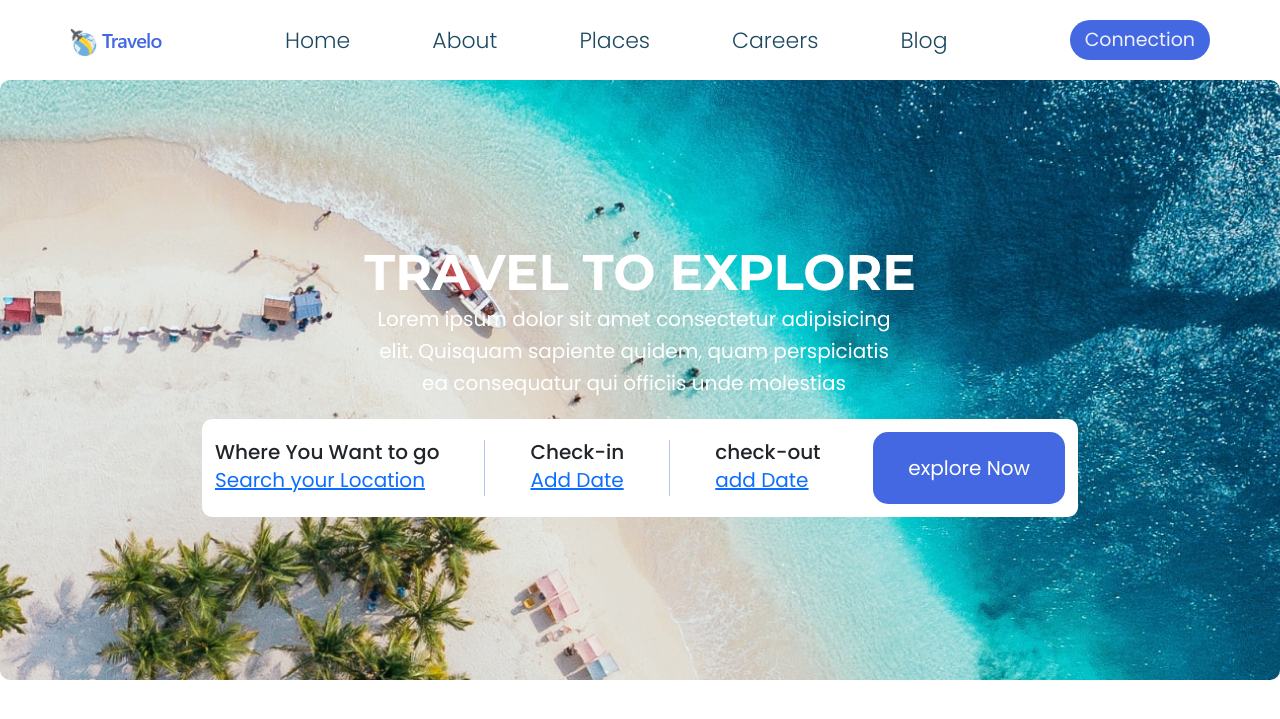
Repository: kuluong2000/travel
Page: index.html
These files come from the project's save history. The page is drawn as it stood at one moment and after the next save; the edit follows.
The browser window is 1280 px wide. The pictures show the whole page.
The style sheet was rebuilt from its Sass, Less or Tailwind sources for each picture, by a compiler version that may differ from the author's.

Above is the page before, as saved 2021-09-03 23:38:53.

### index.html
<!DOCTYPE html>
<html lang="en">
  <head>
    <meta charset="UTF-8" />
    <meta http-equiv="X-UA-Compatible" content="IE=edge" />
    <meta name="viewport" content="width=device-width, initial-scale=1.0" />
    <link rel="stylesheet" href="./libs/css/bootstrap.min.css" />
    <link rel="stylesheet" href="./libs/css/animate.css" />
    <link rel="stylesheet" href="./libs/css/slick-theme.css" />
    <link rel="stylesheet" href="./libs/css/slick.css" />
    <link rel="stylesheet" href="./assets/css/reset.css" />
    <link rel="stylesheet" href="./assets/css/style.css" />
    <link rel="stylesheet" href="./assets/css/responsive.css" />
    <title>Document</title>
  </head>
  <body>
    <header class="header">
      <div class="container">
        <div class="row">
          <div class="header__main">
            <div class="header__logo">
              <a href="/">
                <img src="./assets/image/logo.png" alt="" srcset="" />
              </a>
            </div>
            <div class="sub-menu">
              <div class="line1"></div>
              <div class="line2"></div>
              <div class="line3"></div>
            </div>
            <nav>
              <ul class="header__menu">
                <li class="header__menu__item">
                  <a class="header__mennu__item__link" href="/">Home</a>
                </li>
                <li class="header__menu__item">
                  <a class="header__mennu__item__link" href="/">About</a>
                </li>
                <li class="header__menu__item">
                  <a class="header__mennu__item__link" href="/">Places</a>
                </li>
                <li class="header__menu__item">
                  <a class="header__mennu__item__link" href="/">Careers</a>
                </li>
                <li class="header__menu__item">
                  <a class="header__mennu__item__link" href="/">Blog</a>
                </li>
              </ul>
            </nav>
            <a href="#" class="header__conn"> Connection </a>
          </div>
        </div>
      </div>
    </header>
    <main>
      <section class="banner">
        <div class="container">
          <div class="row">
            <div class="banner__main">
              <div class="banner__main__top">
                <h1 class="banner__main__title">Travel To explore</h1>
                <p class="banner__main__desc">
                  Lorem ipsum dolor sit amet consectetur adipisicing elit.
                  Quisquam sapiente quidem, quam perspiciatis ea consequatur qui
                  officiis unde molestias
                </p>
              </div>
              <div class="banner__main__bottom">
                <div class="banner__main_list">
                  <div class="banner__main__item">
                    <h4 class="banner__main__item__caption">
                      Where You Want to go
                    </h4>
                    <a href="/" class="banner__main__item__desc"
                      >Search your Location</a
                    >
                  </div>
                  <div class="banner__main__item">
                    <h4 class="banner__main__item__caption">Check-in</h4>
                    <a href="/" class="banner__main__item__desc">Add Date</a>
                  </div>
                  <div class="banner__main__item">
                    <h4 class="banner__main__item__caption">check-out</h4>
                    <a href="/" class="banner__main__item__desc">add Date</a>
                  </div>
                </div>
                <a href="/" class="banner__btn"> explore Now</a>
              </div>
            </div>
          </div>
        </div>
      </section>
    </main>

    <script src="./libs/Js/jquery-3.5.1.slim.min.js"></script>
    <script src="./libs/Js/bootstrap.min.js"></script>
    <script src="./libs/Js/slick.min.js"></script>
    <script src="./libs/Js/wow.js"></script>
    <script src="./assets/Js/main.js"></script>
  </body>
</html>

### assets/css/reset.css
html, body, div, span, applet, object, iframe,
h1, h2, h3, h4, h5, h6, p, blockquote, pre,
a, abbr, acronym, address, big, cite, code,
del, dfn, em, img, ins, kbd, q, s, samp,
small, strike, strong, sub, sup, tt, var,
b, u, i, center,
dl, dt, dd, ol, ul, li,
fieldset, form, label, legend,
table, caption, tbody, tfoot, thead, tr, th, td,
article, aside, canvas, details, embed,
figure, figcaption, footer, header, hgroup,
menu, nav, output, ruby, section, summary,
time, mark, audio, video {
	margin: 0;
	padding: 0;
	border: 0;
	font-size: 100%;
	vertical-align: baseline;
}
/* HTML5 display-role reset for older browsers */
article, aside, details, figcaption, figure,
footer, header, hgroup, menu, nav, section {
	display: block;
}
* {
	box-sizing: border-box;
}
body {
	line-height: 1;
  font-family: 'Muli', sans-serif;


  font-style: normal;
  font-weight: normal;
  font-size: 16px;
  line-height: 32px;
}
ol, ul {
	list-style: none;
}
blockquote, q {
	quotes: none;
}
blockquote:before, blockquote:after,
q:before, q:after {
	content: '';
	content: none;
}
table {
	border-collapse: collapse;
	border-spacing: 0;
}

img {
  max-width: 100%;
	vertical-align: bottom;
}
a {
	outline: none;
}

### assets/css/responsive.css

@media (min-width:1920px){
    .container{
        max-width: 1804px;
    }
}
@media (min-width:1400px) and (max-width:1919px){

}
@media (min-width:1200px) and (max-width:1399px){

}
@media (min-width:992px) and (max-width:1199px){
    .header__menu__item:not(:first-child) {
        margin-left: 65px;
    }
}
@media (min-width:768px) and (max-width:991px){
    .header__menu__item:not(:first-child) {
        margin-left: 25px;
    }
    .header__conn {

        font-size: 16px;
        padding: 3px 10px;
    }
}
@media  (max-width:767px){
    .container{
        max-width: 100%;

        margin:0 ;
    }

    .header__main {
        padding: 10px;
    }
    .header__menu {
        position: absolute;
        flex-direction: column;
        background: #1C4961;
        width: 100%;
        height: 100vh;
        left: 0;
        top: 50px;
        transition: 0.5s ;
        transform: translateX(-100%);
        justify-content: unset;
    }
    .header__menu.active{
        transform: translateX(0);
    }
    .header__mennu__item__link {
        color: white;;
    }
    .sub-menu{
        display: block;
        left: 60%;
        top: 50%;
        transform: translate(-50%,-50%);
    }
    .header__menu__item:not(:first-child) {
        margin-left: 0;
    }
    .header__menu__item{
        margin-top: 30px;
    }
    .header__conn {
        font-size: 14px;
        padding: 3px 10px;
    }
}

### assets/Js/main.js
const sub_menu = document.querySelector('.sub-menu');
const menu = document.querySelector('.header__menu');
sub_menu.addEventListener('click', ()=>{
    sub_menu.classList.toggle('active');;
    menu.classList.toggle('active');
})

### assets/sass/style.scss
@import "global";
@import "variable";
@import "header";
@import "banner";

### assets/sass/_global.scss
@import url('https://fonts.googleapis.com/css2?family=Montserrat:wght@300;400;500;600;700;800;900&family=Poppins:wght@300;400;500;600;700;800;900&display=swap');
*{
    padding: 0;
    margin: 0;
    box-sizing: border-box;
}
body{
    font-family: 'Poppins', sans-serif;
    line-height: 1.6;
    font-size: 20px;

}

### assets/sass/_variable.scss
$color-white:#FFFFFF;
$color-dark-blue:#1C4961;

$color-blue:#4468E2;
$color-light-blue:#E1E8F8;
$color-black:#000000;
$color-text:#163235;
$color-gray:#848484

### assets/sass/_header.scss
.header{
    position: relative;
    &__main{
        display:flex;
        justify-content: space-between;
        align-items: center;
        padding:20px 0

    }
    &__logo{
        display: inline-block;

    }
    &__menu{
        display:flex;
        justify-content: space-between;
        align-items: center;

    }
    &__menu__item:not(:first-child){
        margin-left: 82px;
    }
    &__mennu__item__link{
        text-decoration: none;
        color: $color-dark-blue;
        font-size: 22px;
        position: relative;
        font-weight: 300;
        transition: 0.5s;
        &::after{
            content: '';
            position: absolute;
            width: 100%;
            height: 2px;
            background-color: $color-blue;
            left: 0;
            bottom: 0;
            transition: 0.5s;
            transform: scale(0);
        }
        &:hover{
            color: $color-dark-blue;
            font-weight: 400;
        }
        &:hover::after{
            transform: scale(1);
        }
    }
    &__conn{
        text-decoration: none;
        background-color: $color-blue;
        color:rgba($color-white, $alpha: 0.9) ;
        font-size: 19px;
        border-radius: 25px;
        padding:5px 15px;
        transition: 0.5s;

        &:hover{
             color:rgba($color-white, $alpha: 1) ;
            background-color: $color-dark-blue;
        }
    }
}
.sub-menu{
    position: absolute;
    display: none;
}
.sub-menu div {
    cursor: pointer;
    width: 25px;
    height: 3px;
    background-color: $color-dark-blue;
    margin: 5px;
    transition: transform 0.5s linear;
}
.active .line1{
    transform:  rotate(-45deg) translate(-5px,6px);
}
.active .line2{
    opacity: 0;
}
.active .line3{
    transform: rotate(45deg) translate(-5px, -6px);
}

### assets/sass/_banner.scss
.banner{
    background: url(../image/banner.jpg) no-repeat center /  cover;
    min-height: 600px;
    border-radius: 10px;
    position: relative;

  &__main{
      position:absolute;
      width:max-content;
      top: 50%;
      left: 50%;
      transform: translate(-50%,-50%);
}
  &__main__top{

    text-align: center;

}
  &__main__title{
    font-size: 50px;
    font-family: 'Montserrat',sans-serif;
    font-weight: bold;
    text-transform: uppercase;
    color: white;
}
  &__main__desc{
    color:$color-white;
    width: 540px;
    transform: translateX(30%);
    margin-bottom: 20px;
}
  &__main__bottom{
    background-color: white;
    display: flex;
    width: 876px;
    justify-content: space-between;
    align-items: center;
    padding: 13px;
    border-radius: 10px;

}
  &__main_list{
    display: flex;
    justify-content: space-between;
    align-items: center;

}
  &__main__item:not(:last-child){
      margin-right: 45px;
      padding-right: 45px;
      border-right: 1px solid #B4C6EE;

}
  &__main__item__caption{

}
  &__main__item__desc{

}
  &__btn{
    padding: 20px 35px;
    color: $color-white;
    background-color: $color-blue;
    border-radius: 15px;
    text-decoration: none;
    &:hover{
        color: $color-white;
    }
}

}

Loaded but not shown: libs/css/bootstrap.min.css (library); libs/css/animate.css (library); libs/css/slick-theme.css (library); libs/css/slick.css (common file); libs/Js/jquery-3.5.1.slim.min.js (library); libs/Js/bootstrap.min.js (library); libs/Js/slick.min.js (library); libs/Js/wow.js (library)

After the next save:
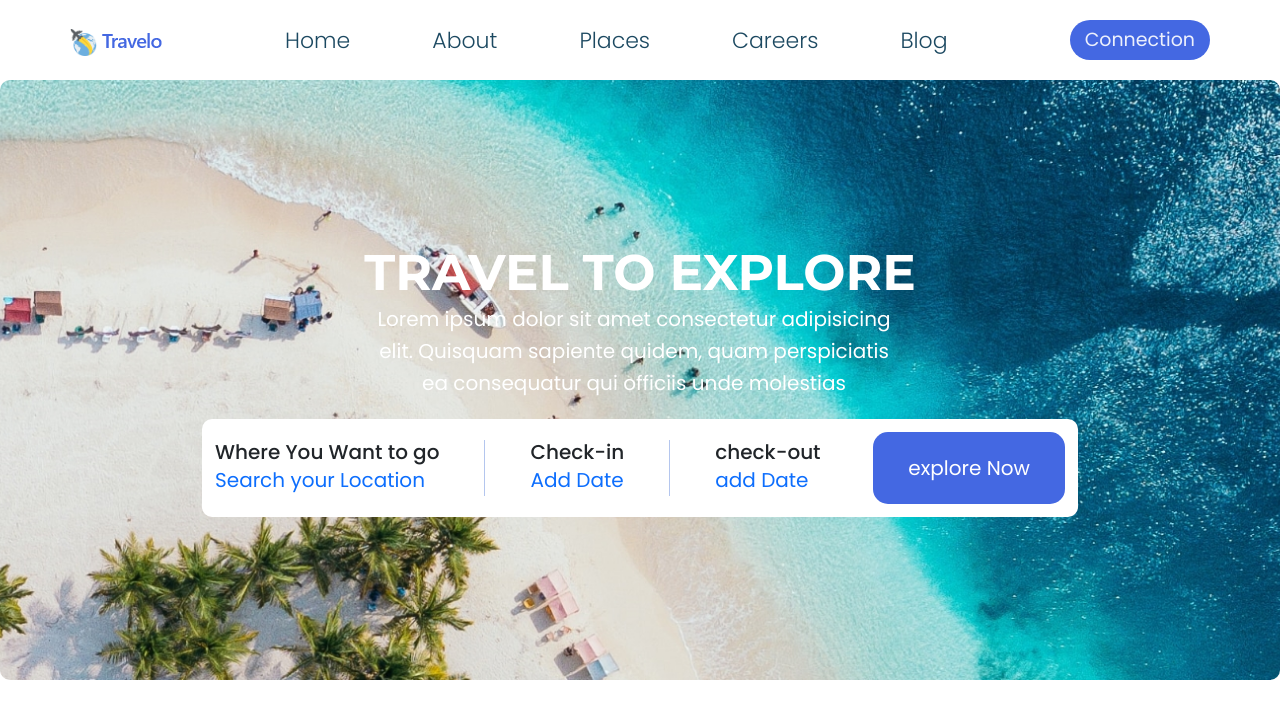
Saved 14 s later.
--- a/assets/sass/_banner.scss
+++ b/assets/sass/_banner.scss
@@ -55,7 +55,7 @@
 
 }
   &__main__item__desc{
-
+    text-decoration: none;
 }
   &__btn{
     padding: 20px 35px;
